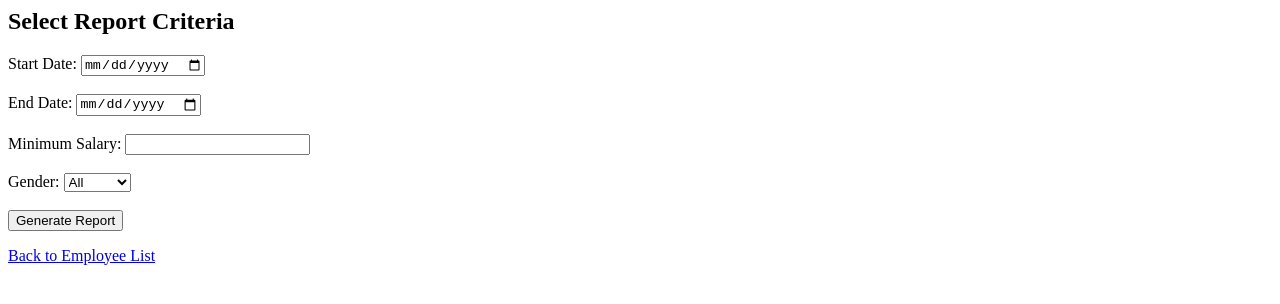
Repository: KUSUMA-74/Advance-JavaProject
Page: http://localhost/EmployeeWebApp/report_form.jsp
An editor plug-in stored every save of this project. The page is shown before and after the next save, followed by the edit.
The browser window is 1280 px wide. The pictures show the whole page.
The page is served by Tomcat 9. Other server files are loaded and not shown.

Above is the page before, as saved 2025-05-30 04:45:46.

### EmployeeWebApp/src/main/webapp/report_form.jsp
<%@ page contentType="text/html;charset=UTF-8" language="java" %>
<html>
<head><title>Report Criteria</title></head>
<body>
<h2>Select Report Criteria</h2>

<form method="post" action="ReportServlet">
    Start Date: <input type="date" name="startDate" required><br><br>
    End Date: <input type="date" name="endDate" required><br><br>
    Minimum Salary: <input type="number" step="0.01" name="minSalary"><br><br>
    Gender:
    <select name="gender">
        <option value="">All</option>
        <option value="Male">Male</option>
        <option value="Female">Female</option>
        <option value="Other">Other</option>
    </select><br><br>
    <input type="submit" value="Generate Report">
</form>

<a href="displayEmployees">Back to Employee List</a>
</body>
</html>

After the next save:
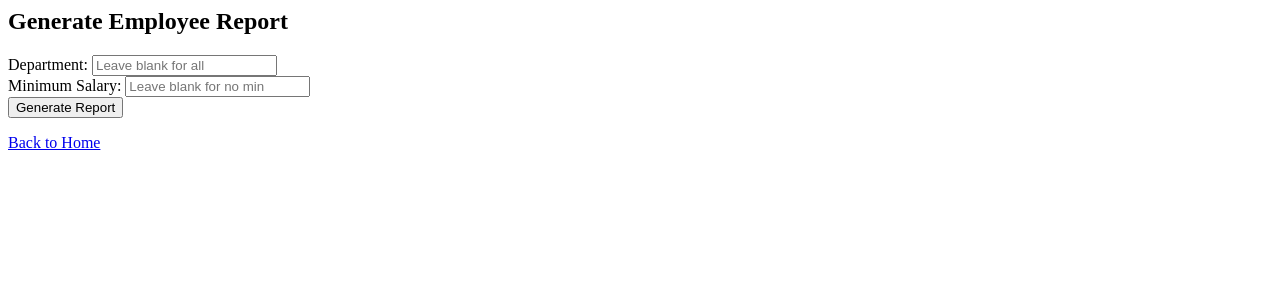
Saved 12 s later.
--- a/EmployeeWebApp/src/main/webapp/report_form.jsp
+++ b/EmployeeWebApp/src/main/webapp/report_form.jsp
@@ -1,23 +1,12 @@
-<%@ page contentType="text/html;charset=UTF-8" language="java" %>
 <html>
 <head><title>Report Criteria</title></head>
 <body>
-<h2>Select Report Criteria</h2>
-
-<form method="post" action="ReportServlet">
-    Start Date: <input type="date" name="startDate" required><br><br>
-    End Date: <input type="date" name="endDate" required><br><br>
-    Minimum Salary: <input type="number" step="0.01" name="minSalary"><br><br>
-    Gender:
-    <select name="gender">
-        <option value="">All</option>
-        <option value="Male">Male</option>
-        <option value="Female">Female</option>
-        <option value="Other">Other</option>
-    </select><br><br>
-    <input type="submit" value="Generate Report">
+<h2>Generate Employee Report</h2>
+<form action="ReportCriteriaServlet" method="post">
+    Department: <input type="text" name="department" placeholder="Leave blank for all"/><br/>
+    Minimum Salary: <input type="number" step="0.01" name="minSalary" placeholder="Leave blank for no min"/><br/>
+    <input type="submit" value="Generate Report"/>
 </form>
-
-<a href="displayEmployees">Back to Employee List</a>
+<a href="index.jsp">Back to Home</a>
 </body>
 </html>
